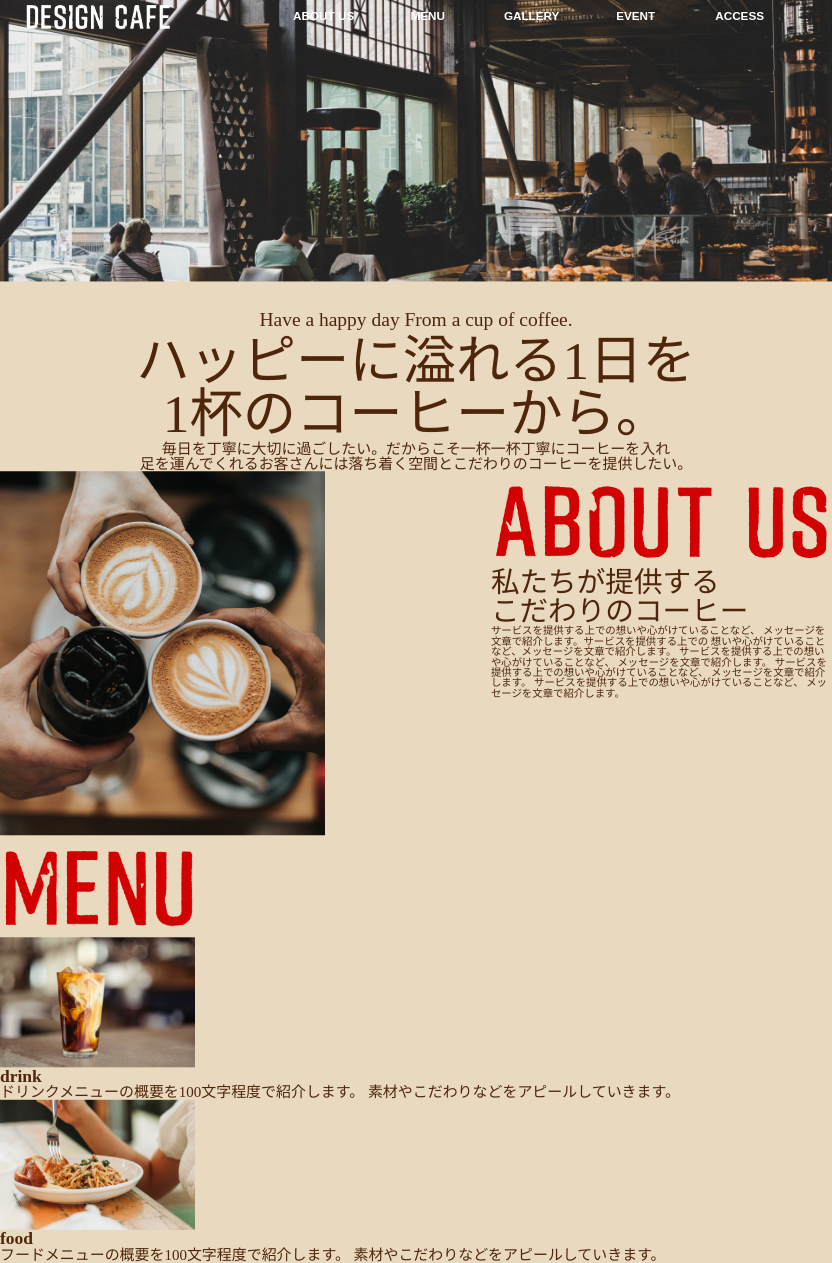
Repository: sonoyama01/dezasuta
Page: 第4回課題/index.html
These files come from the project's save history. The page is drawn as it stood at one moment and after the next save; the edit follows.
The browser window is 1280 px wide. The pictures show the whole page, at 65% of full size.

Above is the page before, as saved 2024-05-02 11:39:09.

After the next save:
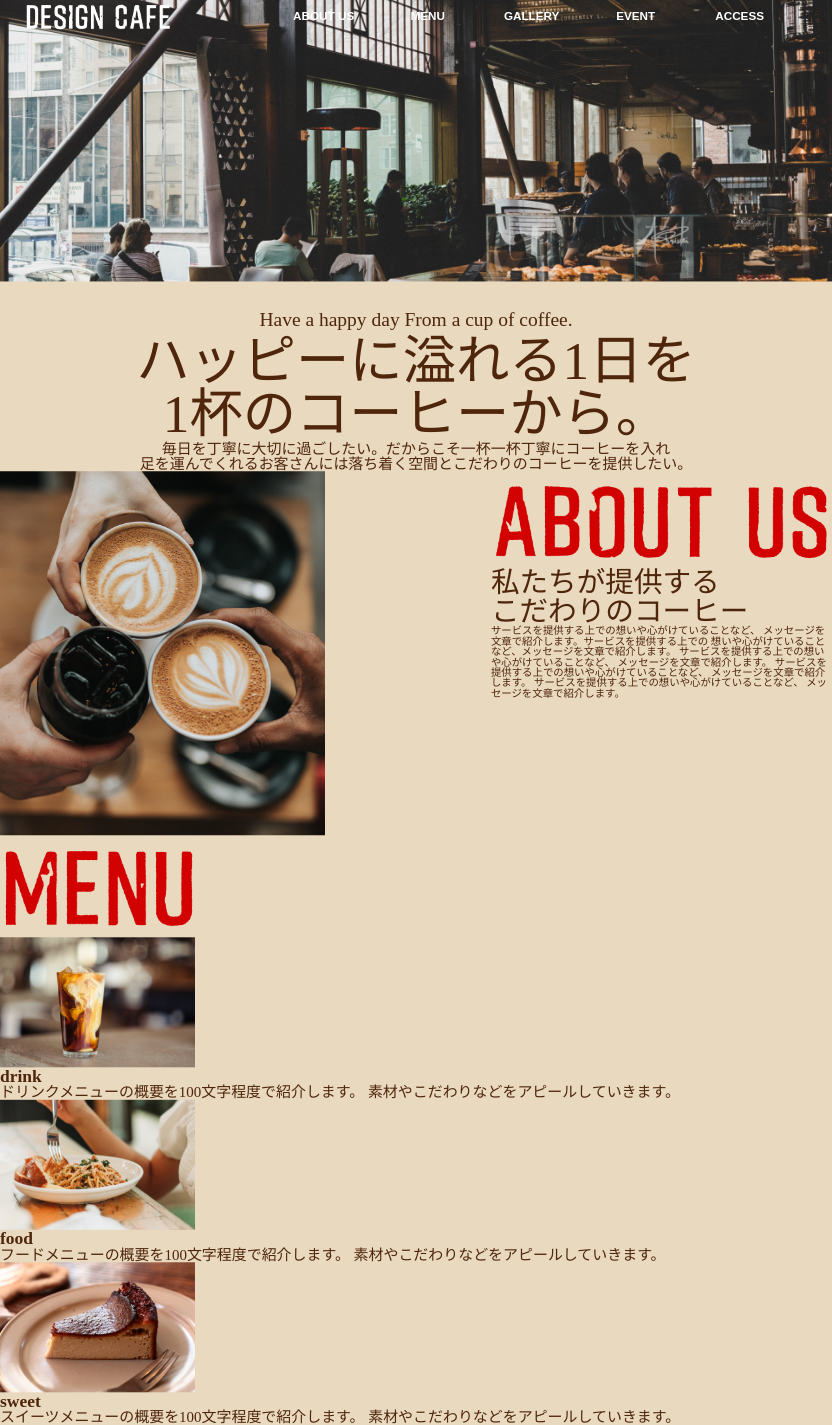
Saved 3 min 43 s later.
--- a/第4回課題/index.html
+++ b/第4回課題/index.html
@@ -94,8 +94,13 @@
                 <h3>food</h3>
                 <p class="menu_tx">フードメニューの概要を100文字程度で紹介します。
                     素材やこだわりなどをアピールしていきます。</p><!-- /.menu_tx -->
-            </div><!-- /.food -->
-        </div><!-- /.menu_fx -->
+                <div class="sweet">
+                    <img src="./images/pc_menu_sweets-100.jpg" alt="sweet">
+                    <h3>sweet</h3>
+                    <p class="sweet">スイーツメニューの概要を100文字程度で紹介します。
+                        素材やこだわりなどをアピールしていきます。</p><!-- /.sweet -->
+                </div><!-- /.sweet -->
+            </div><!-- /.menu_fx -->
     </section><!-- /#menu -->
 
 </body>
